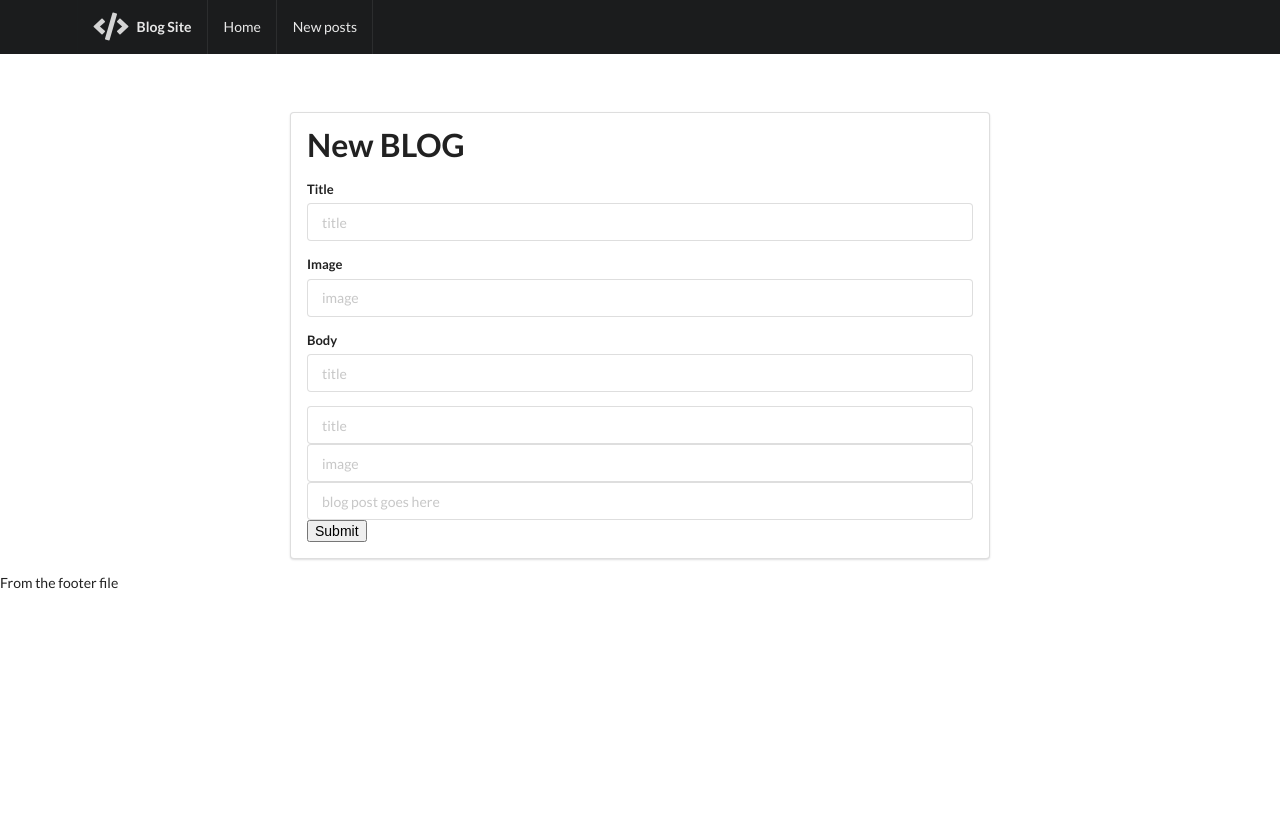
Repository: karanagg262/The-Web-Development-Bootcamp
Page: http://localhost/blogs/new
The author's editor kept a record of every edit. The page is drawn from the files as they stood at one moment, then again after the next edit.
The browser window is 1280 px wide. The pictures show the whole page.
The page is served by the project's Node server (restful_routing/Restful_blog/app.js).

Above is the page before.

After the next edit:
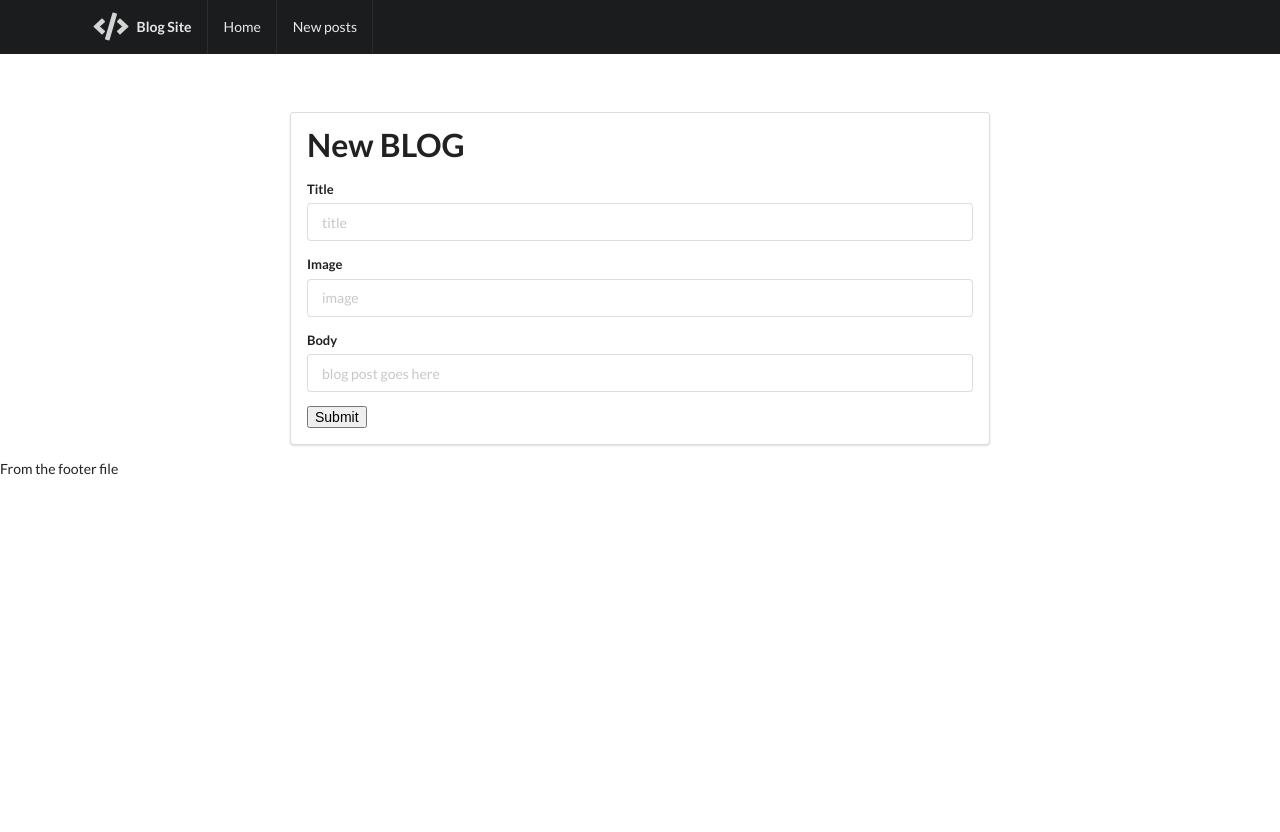
The edit:
--- a/Backend and full scale projects/restful_routing/Restful_blog/views/new.ejs
+++ b/Backend and full scale projects/restful_routing/Restful_blog/views/new.ejs
@@ -14,11 +14,8 @@
         </div>
         <div class="field">
             <label>Body</label>
-            <input type="text" name="blog[title]" placeholder="title">
+            <input type="text" name="blog[body]" placeholder="blog post goes here">
         </div>
-        <input type="text" name="blog[title]" placeholder="title">
-        <input type="text" name="blog[image]" placeholder="image">
-        <input type="text" name="blog[body]" placeholder="blog post goes here">
         <input type="submit">
     </form>
 </div>
